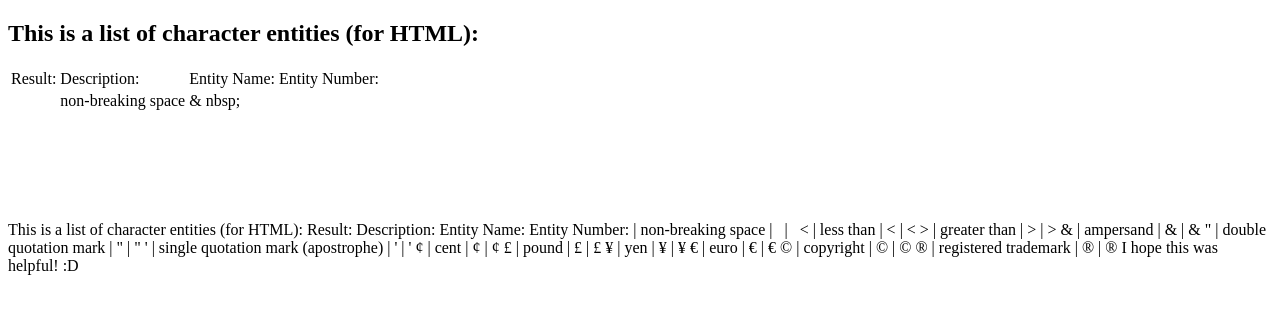
Repository: linas-dev/HTML-CSS-Projects
Page: Basic_HTML_and_CSS/Basic_HTML_5.html
These files come from the project's save history. The page is drawn as it stood at one moment and after the next save; the edit follows.
The browser window is 1280 px wide. The pictures show the whole page.

Above is the page before, as saved 2021-05-30 10:59:08.

After the next save:
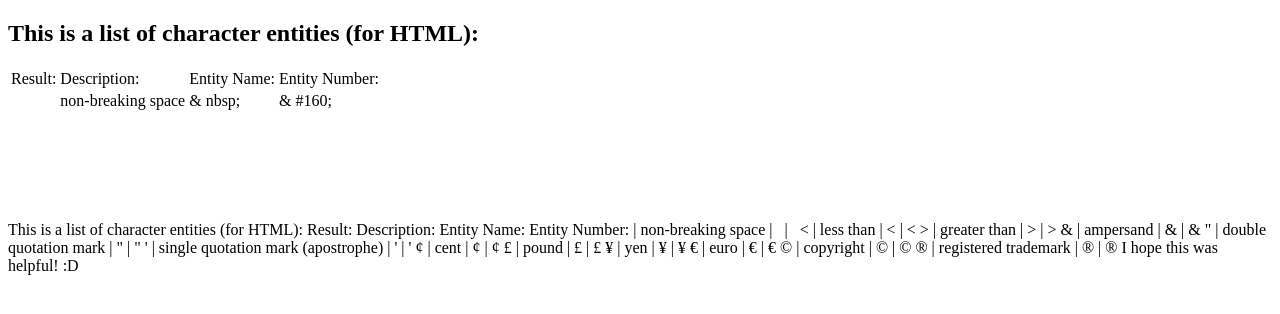
Saved 17 s later.
--- a/Basic_HTML_and_CSS/Basic_HTML_5.html
+++ b/Basic_HTML_and_CSS/Basic_HTML_5.html
@@ -23,7 +23,7 @@
                 <td></td>
                 <td>non-breaking space</td>
                 <td>& nbsp;</td>
-                <td>&#160;</td>
+                <td>& #160;</td>
             </tr>
         </tbody>
     </table>
